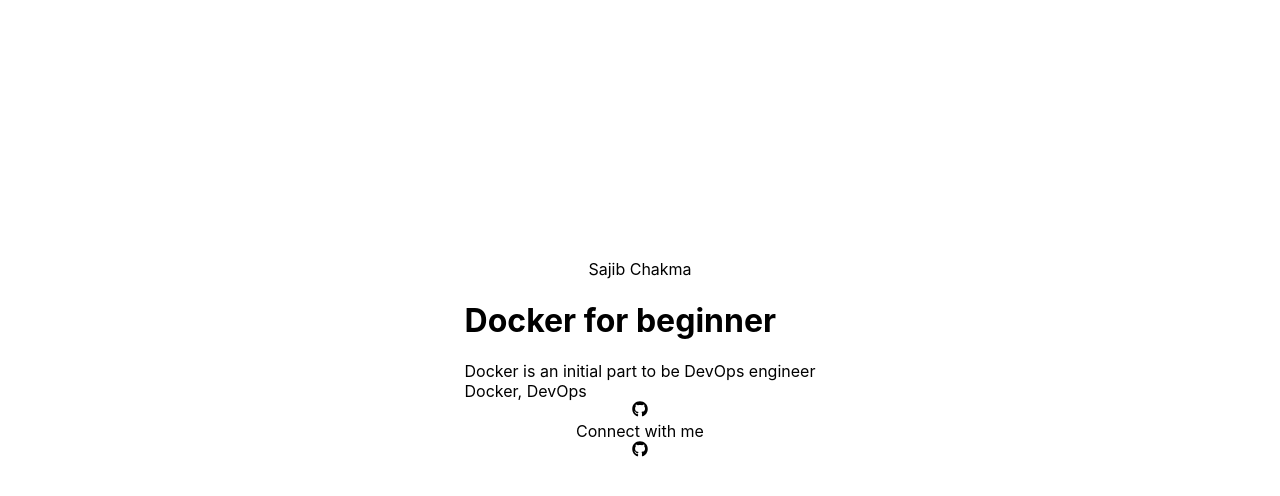
Repository: ChakmaSajib/sajibchakma
Page: /
These files come from the project's save history. The page is drawn as it stood at one moment and after the next save; the edit follows.
The browser window is 1280 px wide. The pictures show the whole page.
The project was rebuilt for these pictures with package versions that can differ from the ones it lists, and the page was loaded fresh each time. The framework's server and built-in components were replaced by stand-ins that run in the browser. Also part of the build but not shown: next.config.js.

Above is the page before, as saved 2022-08-28 21:56:00.

### pages/index.tsx
import type { NextPage } from 'next'
import Head from 'next/head'
import { FaGithub } from 'react-icons/fa';

import { Article, BioData, Contact} from '../components';
import styles from '../styles/Home.module.css'

const Home: NextPage = () => {
  return (
    <div className={styles.container}>
      <Head>
        <title>Sajib Chakma personal website</title>
        <meta name="description" content="Sajib Chakma personal website" />
      </Head>

      <main className={styles.main}>
        <BioData message = "Sajib Chakma" />
        <Article title = "Docker for beginner" description=' Docker is an initial part to be DevOps engineer' tag = "Docker, DevOps"/>
        <Contact title= "Connect with me" mediumName='Github' link="https://github.com/ChakmaSajib" iconComponent={<FaGithub/>}/>
        <span>Connect with me</span>
        <Contact mediumName='Github' link="https://github.com/ChakmaSajib" iconComponent={<FaGithub/>}/>
      </main>

    </div>
  )
}

export default Home

### components/index.ts
export { default as Article } from './Article';
export { default as BioData } from './BioData';
export { default as Contact } from  './Contact';

### components/Article.tsx
import React from 'react'

type AppProps = {
    title: string,
    description: string
    tag: string
}


const Article = ({ title, description, tag} : AppProps) : JSX.Element => (
    <div>
        <h1>{title}</h1>
        <article>{description}</article>
        <span>{tag}</span>
    </div>
)

export default Article;

### components/BioData.tsx
import React from 'react'

type AppProps =  {
    message: string
}

const BioData = ({ message } : AppProps) : JSX.Element => (
    <div>{message}</div>
)

export default BioData;

### components/Contact.tsx
import Image from 'next/image';
import Link from 'next/link';
import React, { ReactNode } from 'react'

type AppProps=  {
    mediumName: string;
    link: string;
    iconComponent: React.ReactNode
}

const Contact = ({ mediumName, link, iconComponent } : AppProps ) : JSX.Element => (
    <div>
        <Link href={link}>
        {iconComponent}
        </Link>
    </div>
)

export default Contact;

Loaded but not shown: pages/_app.tsx (common file); styles/globals.css (common file); styles/Home.module.css (common file)

After the next save:
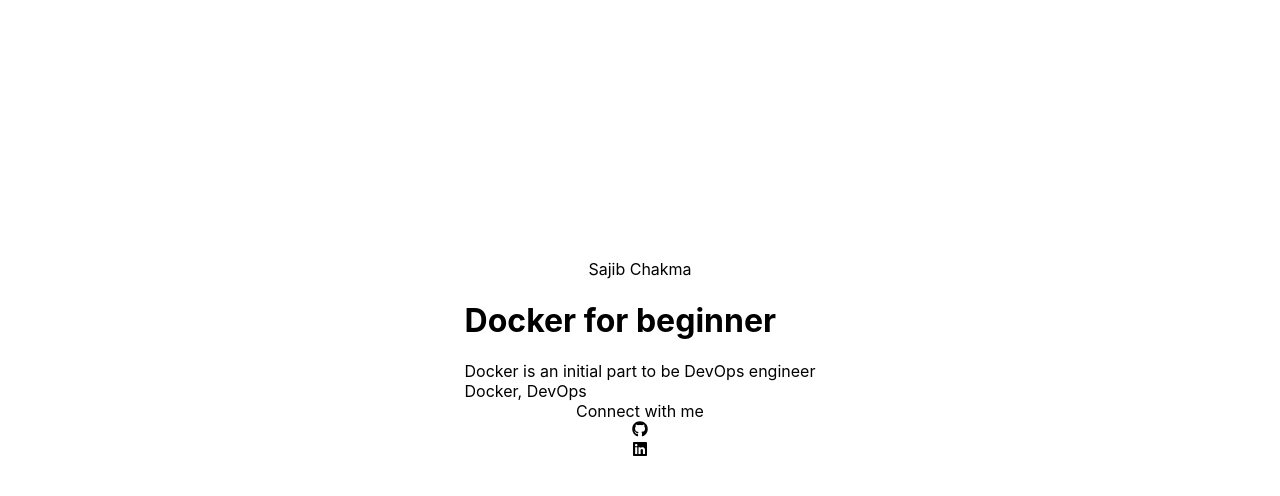
Saved 45 s later.
--- a/pages/index.tsx
+++ b/pages/index.tsx
@@ -1,6 +1,6 @@
 import type { NextPage } from 'next'
 import Head from 'next/head'
-import { FaGithub } from 'react-icons/fa';
+import { FaGithub, FaLinkedin } from 'react-icons/fa';
 
 import { Article, BioData, Contact} from '../components';
 import styles from '../styles/Home.module.css'
@@ -16,9 +16,9 @@
       <main className={styles.main}>
         <BioData message = "Sajib Chakma" />
         <Article title = "Docker for beginner" description=' Docker is an initial part to be DevOps engineer' tag = "Docker, DevOps"/>
-        <Contact title= "Connect with me" mediumName='Github' link="https://github.com/ChakmaSajib" iconComponent={<FaGithub/>}/>
         <span>Connect with me</span>
         <Contact mediumName='Github' link="https://github.com/ChakmaSajib" iconComponent={<FaGithub/>}/>
+        <Contact mediumName='Linkedin' link="https://github.com/ChakmaSajib" iconComponent={<FaLinkedin/>}/>
       </main>
 
     </div>
